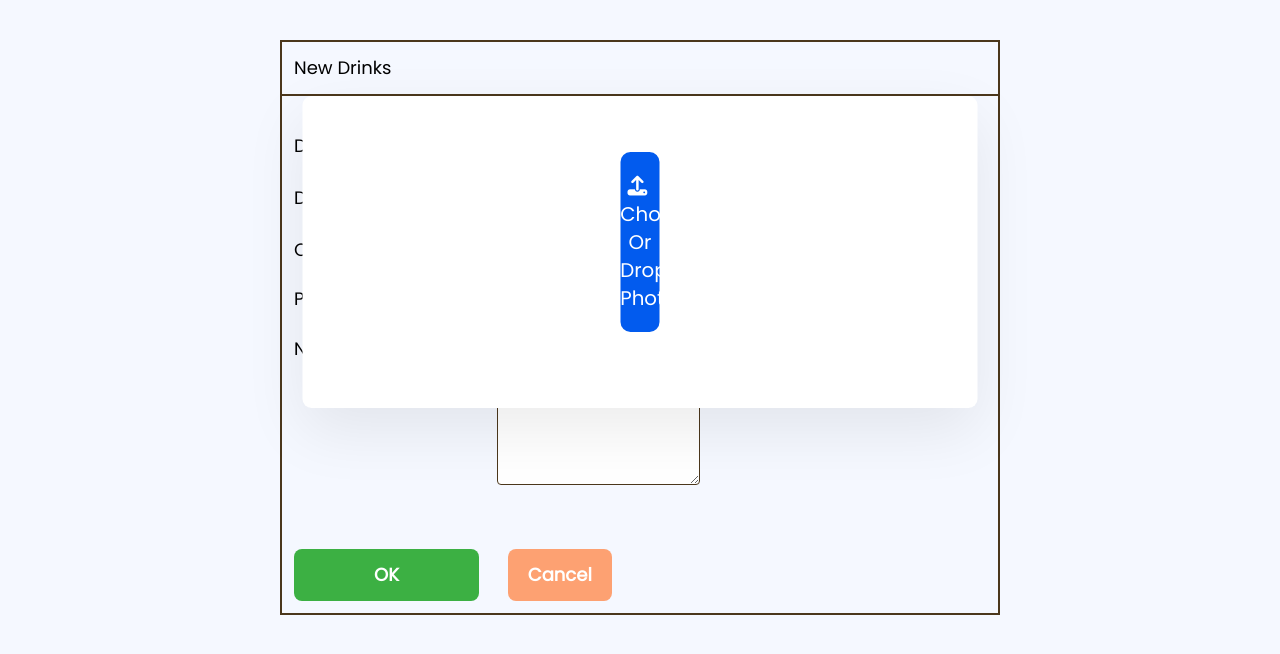
Repository: Dapravith/Midterm-SE-GIC-Cafe-Project-Group16
Page: src/main/resources/templates/addDrink.html
The author's editor kept a copy of each file at every save. The page is drawn from the files as they stood at one save, then again after the next save.
The browser window is 1280 px wide. The pictures show the whole page.
Some web libraries are served in a nearby version.

Above is the page before, as saved 2023-05-16 22:33:57.

### src/main/resources/templates/addDrink.html
<!DOCTYPE html>
<html lang="en">

<head>
    <meta charset="UTF-8">
    <meta http-equiv="X-UA-Compatible" content="IE=edge">
    <meta name="viewport" content="width=device-width, initial-scale=1.0">
    <title>Add New Drink</title>
    <script src="https://cdn.tailwindcss.com"></script>
    <!-- Font Awesome Icons -->
    <link rel="stylesheet" href="https://cdnjs.cloudflare.com/ajax/libs/font-awesome/6.2.0/css/all.min.css" />
    <!-- Google Font -->
    <link href="https://fonts.googleapis.com/css2?family=Poppins&display=swap" rel="stylesheet" />
    <style>
        * {
            padding: 0;
            margin: 0;
            box-sizing: border-box;
            font-family: "Poppins", sans-serif;
        }

        button:hover {
            box-shadow: 0 13px 18px 0 rgba(151, 208, 27, 0.24), 0 19px 50px 0 rgba(238, 227, 21, 0.19);
        }

        body {
            background-color: #f5f8ff;
        }

        .images {
            background-color: #ffffff;
            width: 50%;
            min-width: 37.5em;
            padding: 3.12em 1.87em;
            position: absolute;
            transform: translateX(-50%);
            left: 50%;
            right: 50%;
            box-shadow: 0 1.25em 3.43em rgba(0, 0, 0, 0.08);
            border-radius: 0.5em;
            justify-content: right;
        }

        input[type="file"] {
            display: none;
        }

        .upload-images {
            display: block;
            position: relative;
            background-color: #025bee;
            color: #ffffff;
            font-size: 1.1em;
            text-align: center;
            width: 2em;
            padding: 1em 0;
            border-radius: 0.5em;
            margin: 0 auto 1em auto;
            cursor: pointer;
        }

        #image-display {
            position: relative;
            width: 10%;
            margin: 0 auto;
            display: flex;
            justify-content: space-evenly;
            gap: 1.5em;
            flex-wrap: wrap;
        }

        #image-display figure {
            width: 10%;
        }

        #image-display img {
            width: 10%;
        }

        #image-display figcaption {
            font-size: 0.5em;
            text-align: center;
            color: #5a5861;
        }

        .active {
            border: 0.2em dashed #025bee;
        }

        #error {
            text-align: center;
            color: #ff3030;
        }
    </style>
</head>

<body class="m-10 text-lg">
    <!-- Crud PRODUCTS -->
    <div class="new_drink w-[60%] h-fit m-auto  border-[2px] border-solid border-[#4B371C] ">
        <div class="head p-3">
            <h2>New Drinks</h2>
        </div>
        <div class="w-[100%] border-[1px] border-solid border-[#4B371C]"></div>
        <div class="flex">
            <div class="add_drink w-[60%]">
                <div class="py-3 ">
                    <form action="#" class="p-3 ">
                        <div class="mt-3 grid grid-cols-2">
                            <label class="mr-5" for="dcode">Drinks code :</label>
                            <input type="text" id="dcode" name="" class="p-1 border-[2px] border-solid border-[#4B371C] rounded" placeholder="">
                        </div>
                        <div class="mt-3 grid grid-cols-2">
                            <label class="mr-5" for="dname">Drinks name :</label>
                            <input type="text" id="dname" name="" class="p-1 border-[2px] border-solid border-[#4B371C] rounded" placeholder="">
                        </div>
                        <div class="mt-3 grid grid-cols-2">
                            <label class="mr-5" for="category">Category :</label>
                            <div class="flex justify-between">
                                <select type="add-item" id="category" name="" class="p-1 border-[1px] border-solid border-[#4B371C] rounded" placeholder="">
                                    <option value="1">Hot Drinks</option >
                                    <option value="2" >Cool Drinks</option >
                                    <option value="3" >Frappe</option >
                                    <option value="4" >Food</option >
                                </select>
                                <button id="add_category" class=" w-fit h-fit bg-[#3CB043] text-center text-white font-bold cursor-pointer duration-100 rounded-lg">
                                    <svg xmlns="http://www.w3.org/2000/svg" fill="none" viewBox="0 0 24 24" stroke-width="1.5" stroke="currentColor" class="w-[30px] h-[30px] " onclick="showPopup()">
                                        <path stroke-linecap="round" stroke-linejoin="round" d="M12 4.5v15m7.5-7.5h-15" />
                                    </svg>
                                </button>

                            </div>

                        </div>

                        <div class="mt-3 grid grid-cols-2">
                            <label class="mr-5" for="price">Price :</label>
                            <input name="" min="0" type="number" id="price" class="p-1 border-[1px] border-solid border-[#4B371C] rounded" placeholder="">
                        </div>
                        <div class="mt-3 grid grid-cols-2">
                            <label class="mr-5" for="note">Note :</label>
                            <textarea id="note" cols="50" rows="5" name="" class="p-1 w-full border-[1px] border-solid border-[#4B371C] rounded resize-x"> </textarea>
                        </div>
                    </form>
                </div>
                <br />
                <div>
                    <button class=" py-3 bg-[#3CB043] text-center text-white font-bold px-20 m-3 inline-block cursor-pointer duration-100 rounded-lg">OK</button>
                    <button class=" py-3 px-5 bg-[#FDA172] text-center text-white  font-bold p-3 m-3 inline-block cursor-pointer duration-100 rounded-lg">Cancel</button>
                </div>
            </div>
            <div class="images">
                <input type="file" id="upload-button" multiple accept="image/*" />
                <label class="upload-images" for="upload-button"><i class="fa-solid fa-upload"></i>&nbsp; Choose Or Drop Photos
                </label>
                <div id="error"></div>
                <div id="image-display"></div>
            </div>
        </div>
    </div>
    </div>
    <!-- ADD NEW CATEGORY -->
    <div class="popup w-[100vw] h-[100vh] absolute top-[0] left-[0] bg-[#f1f1f199] hidden z-[100]">
        <main class="w-[20rem] absolute top-[50%] left-[50%] translate-x-[-50%] translate-y-[-50%]">
            <div class="none w-full h-fit m-auto  border-[2px] border-solid border-[#4B371C]">
                <div class="head p-3">
                    <h2>New Category</h2>
                </div>
                <div class="w-[100%] border-[1px] border-solid border-[#4B371C]"></div>
                <div class=" ">
                    <form action="#" class="add_category p-3">
                        <div class="mt-3 grid grid-cols-2">
                            <label for="gcode">Category code :</label>
                            <input type="text" id="dcode" name="" class="category_code border-[1px] border-solid border-[#4B371C] rounded" placeholder="" required>
                        </div>
                        <div class="mt-3 grid grid-cols-2">
                            <label for="gname">Category name :</label>
                            <input type="text" id="gname" name="" class="category_name border-[1px] border-solid border-[#4B371C] rounded" placeholder="" required>
                        </div>
                        <br />
                        <div class="flex">
                            <input id="okay" type="submit" value="OK" class=" py-3 bg-[#3CB043] text-center font-bold text-white px-16 in m-3 p-3 line-block cursor-pointer duration-100 rounded-lg">
                            <button class="cancel py-3 px-5 bg-[#FDA172] text-center font-bold text-white p-3 m-3 inline-block cursor-pointer duration-100 rounded-lg">Cancel</button>
                        </div>
                    </form>
                </div>
            </div>
        </main>

    </div>
    <script>
        const addNewCat = document.getElementById("add_category");
        const popup = document.querySelector(".popup");
        const form_add_category = document.querySelector(".add_category ");

        addNewCat.addEventListener("click", showPopup);

        function showPopup() {
            popup.classList.remove('hidden')
        }

        form_add_category.addEventListener("submit", () => {
            clear()
            popup.classList.add('hidden')
        });

        document.querySelector('.cancel').addEventListener('click', () => {
            clear()
            popup.classList.add('hidden')
        })

        popup.addEventListener('click', (e) => {
            const target = e.target;

            if (target.classList.contains('popup')) {
                popup.classList.add('hidden')
            }
        })

        const clear = () => {
            document.querySelector('.category_name').value = ""
            document.querySelector('.category_code').value = ""
        }

        let uploadButton = document.getElementById("upload-button");
        let chosenImage = document.getElementById("chosen-image");
        let fileName = document.getElementById("file-name");
        let container = document.querySelector(".images");
        let error = document.getElementById("error");
        let imageDisplay = document.getElementById("image-display");

        const fileHandler = (file, name, type) => {
            if (type.split("/")[0] !== "image") {
                //File Type Error
                error.innerText = "Please upload an image file";
                return false;
            }
            error.innerText = "";
            let reader = new FileReader();
            reader.readAsDataURL(file);
            reader.onloadend = () => {
                //image and file name
                let imageContainer = document.createElement("figure");
                let img = document.createElement("img");
                img.src = reader.result;
                imageContainer.appendChild(img);
                imageContainer.innerHTML += `<figcaption>${name}</figcaption>`;
                imageDisplay.appendChild(imageContainer);
            };
        };

        //Upload Button
        uploadButton.addEventListener("change", () => {
            imageDisplay.innerHTML = "";
            Array.from(uploadButton.files).forEach((file) => {
                fileHandler(file, file.name, file.type);
            });
        });

        container.addEventListener(
            "dragenter",
            (e) => {
                e.preventDefault();
                e.stopPropagation();
                container.classList.add("active");
            },
            false
        );

        container.addEventListener(
            "dragleave",
            (e) => {
                e.preventDefault();
                e.stopPropagation();
                container.classList.remove("active");
            },
            false
        );

        container.addEventListener(
            "dragover",
            (e) => {
                e.preventDefault();
                e.stopPropagation();
                container.classList.add("active");
            },
            false
        );

        container.addEventListener(
            "drop",
            (e) => {
                e.preventDefault();
                e.stopPropagation();
                container.classList.remove("active");
                let draggedData = e.dataTransfer;
                let files = draggedData.files;
                imageDisplay.innerHTML = "";
                Array.from(files).forEach((file) => {
                    fileHandler(file, file.name, file.type);
                });
            },
            false
        );

        window.onload = () => {
            error.innerText = "";
        };
    </script>
</body>

</html>

After the next save:
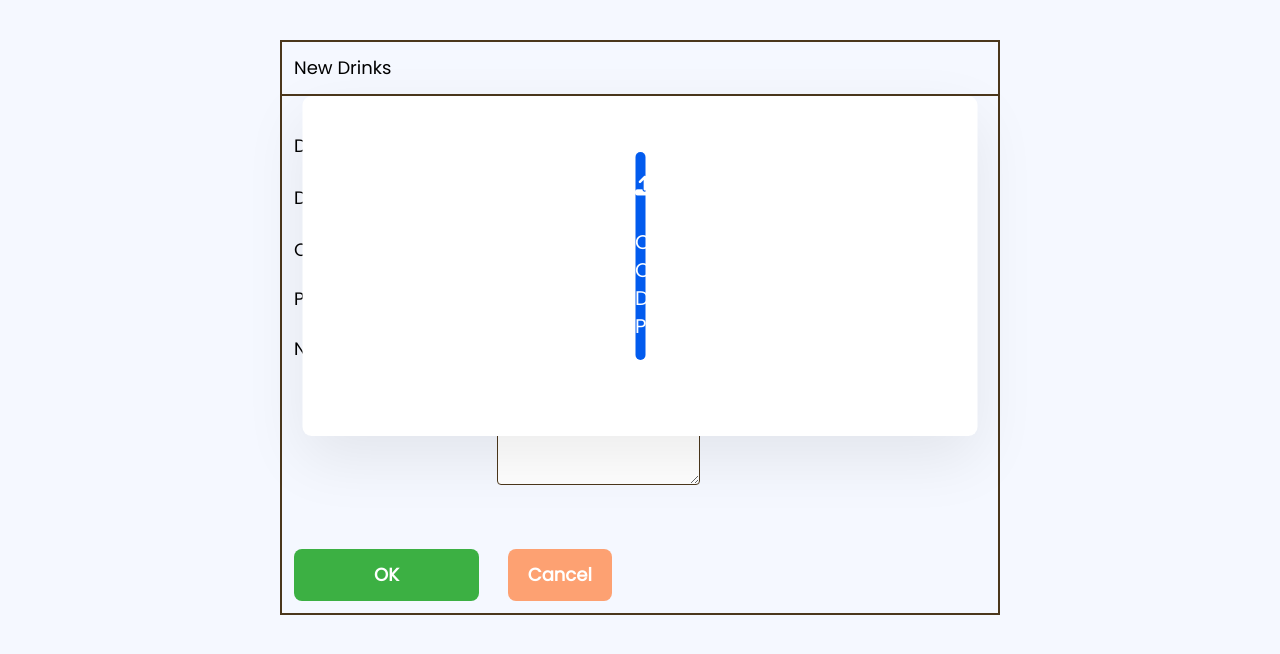
Saved 12 s later.
--- a/src/main/resources/templates/addDrink.html
+++ b/src/main/resources/templates/addDrink.html
@@ -52,7 +52,7 @@
             color: #ffffff;
             font-size: 1.1em;
             text-align: center;
-            width: 2em;
+            width: 10px;
             padding: 1em 0;
             border-radius: 0.5em;
             margin: 0 auto 1em auto;
